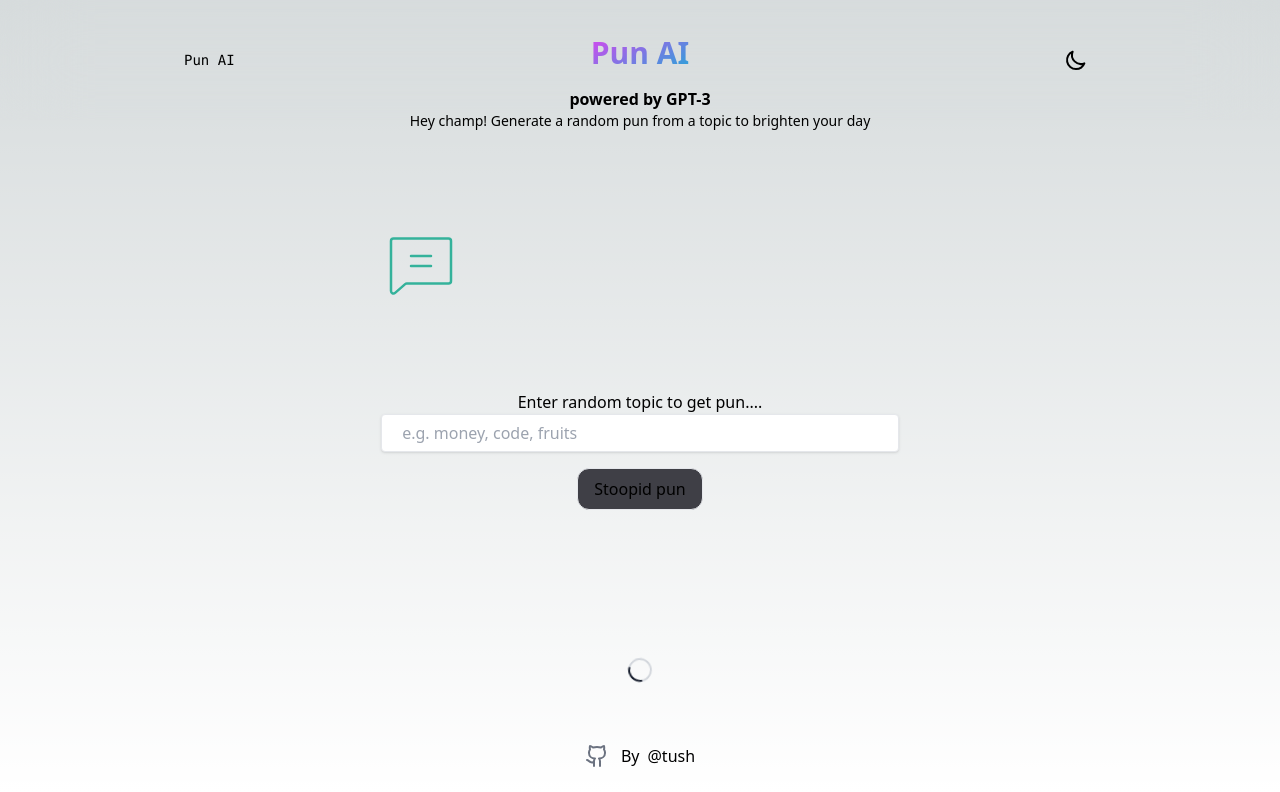
Repository: tushcmd/next-puns-ai
Page: /
The author's editor kept a copy of each file at every save. The page is drawn from the files as they stood at one save, then again after the next save.
The browser window is 1280 px wide. The pictures show the whole page.
The project was rebuilt for these pictures with package versions that can differ from the ones it lists, and the page was loaded fresh each time. The framework's server and built-in components were replaced by stand-ins that run in the browser. Also part of the build but not shown: next.config.mjs.

Above is the page before, as saved 2024-03-10 03:30:01.

### app/layout.tsx
import type { Metadata } from "next";
import { Inter } from "next/font/google";
import "./globals.css";
import { Providers } from './components/providers'

const inter = Inter({ subsets: ["latin"] });

export const metadata: Metadata = {
  title: "Create Next App",
  description: "Generated by create next app",
};

export default function RootLayout({
  children,
}: Readonly<{
  children: React.ReactNode;
}>) {
  return (
    <html lang="en">
      <body className={`bg-background text-color {inter.className} w-full overflow-y-visible overflow-x-hidden`}>
        <Providers>
          {children}
        </Providers>

      </body>
    </html>
  );
}

### app/page.tsx
import Footer from "./components/footer";
import Header from "./components/header";
import Hero from "./components/hero";



export default function Home() {

  return (
    <main className="flex min-h-screen flex-col items-center">
      <Header />
      <Hero />
      <Footer />
    </main>
  );
}



 {/* async function handleSubmit(e: FormEvent:<HTMLFormElement>) {
    return ;
  }    */}

{/*Nav*/}
{/*
      <div className="z-10 max-w-5xl w-full items-center justify-between font-mono text-sm lg:flex">
        <p className="fixed left-0 top-0 flex w-full justify-center border-b border-gray-300 bg-gradient-to-b from-zinc-200 py-2 backdrop-blur-2xl dark:border-neutral-800 dark:bg-zinc-800/30 dark:from-inherit lg:static lg:w-auto  lg:rounded-xl lg:border lg:bg-gray-200 lg:p-0 lg:dark:bg-zinc-800/30">
          Pun AI
        </p>

        <div className="fixed bottom-0 left-0 flex h-48 w-full items-end justify-center bg-gradient-to-t from-white via-white dark:from-black dark:via-black lg:static lg:h-auto lg:w-auto lg:bg-none">
          {/*<div>
            Dak
       </div>
          <a
            className="pointer-events-none flex place-items-center gap-2 p-8 lg:pointer-events-auto lg:p-0"
            href="https://tushdev.co/"
            target="_blank"
            rel="noopener noreferrer"
          >
            By{" "}
            <p>@tush</p>
          </a>
        </div>
      </div>

      <div className="relative flex flex-col place-items-center before:absolute before:h-[300px] before:w-full sm:before:w-[480px] before:-translate-x-1/2 before:rounded-full before:bg-gradient-radial before:from-white before:to-transparent before:blur-2xl before:content-[''] after:absolute after:-z-20 after:h-[180px] after:w-full sm:after:w-[240px] after:translate-x-1/3 after:bg-gradient-conic after:from-sky-200 after:via-blue-200 after:blur-2xl after:content-[''] before:dark:bg-gradient-to-br before:dark:from-transparent before:dark:to-blue-700 before:dark:opacity-10 after:dark:from-sky-900 after:dark:via-[#0141ff] after:dark:opacity-40 before:lg:h-[360px] z-[-1]">
        <p className="p-4 lg:pb-8 text-xl">
          Generate a random pun from a topic to brighten your day <br /> with Pun AI
        </p>
        <svg
          xmlns="http://www.w3.org/2000/svg"
          width="156"
          height="156"
          viewBox="0 0 24 24"
          fill="none"
          stroke="#FFFFFF"
          stroke-width="2"
          stroke-linecap="round"
          stroke-linejoin="round"
          className="lucide lucide-smile"><circle cx="12" cy="12" r="10" /><path d="M8 14s1.5 2 4 2 4-2 4-2" /><line x1="9" x2="9.01" y1="9" y2="9" /><line x1="15" x2="15.01" y1="9" y2="9"
          />
        </svg>
      </div>

      <form className="flex flex-col justify-between mb-32 text-center lg:max-w-3xl lg:w-full lg:mb-0 lg:grid-cols-4">
        <div className='w-full mb-4'>
          <label className="block items-center justify-center mb-4" htmlFor="prompt-input">
            Enter random topic to get pun...
          </label>
          <input
            className="shadow appearance-none border rounded w-full py-2 px-3 text-gray-700 leading-tight focus:outline-none focus:shadow-outline"
            id="prompt-input"
            type="text"
            placeholder="e.g. money, code, fruits">
          </input>
        </div>
        <button
          type="submit"
          className="bg-blue-500 hover:bg-blue-700 text-white font-bold py-2 px-4 rounded focus:outline-none focus:shadow-outline"
        >
          Generate Pun
        </button>
      </form> */}

### app/globals.css
@tailwind base;
@tailwind components;
@tailwind utilities;


@layer base {
  :root {
    --foreground-rgb: 0, 0, 0;
    --background-start-rgb: 214, 219, 220;
    --background-end-rgb: 255, 255, 255;
  }

  [data-theme="dark"] {
    --foreground-rgb: 255, 255, 255;
    --background-start-rgb: 0, 0, 0;
    --background-end-rgb: 0, 0, 0;
  }


}


* {
  scroll-behavior: smooth;
}


body {
  color: rgb(var(--foreground-rgb));
  background: linear-gradient(
      to bottom,
      transparent,
      rgb(var(--background-end-rgb))
    )
    rgb(var(--background-start-rgb));
}

@layer utilities {
  .text-balance {
    text-wrap: balance;
  }
}

### app/components/providers.tsx
// app/providers.jsx

'use client'

import { ThemeProvider } from 'next-themes'
import React from 'react'

interface ProvidersProps {
  children: React.ReactNode;
}

export function Providers({ children }: ProvidersProps) {
  return <ThemeProvider>{children}</ThemeProvider>
}

### app/components/footer.tsx
import Link from "next/link";


export default function Footer() {
    return (
        <div className="inline-flex p-6 max-w-3xl gap-3 items-center text-center">
            <div>
                <Link
                    href="https://github.com/tushcmd/next-puns-ai"
                    target="_blank"
                    rel="noreferrer"
                    className="text-gray-500 hover:text-gray-900 dark:text-gray-400 dark:hover:text-gray-200"
                >
                    <svg xmlns="http://www.w3.org/2000/svg" width="24" height="24" viewBox="0 0 24 24" fill="none" stroke="currentColor" stroke-width="2" stroke-linecap="round" stroke-linejoin="round" className="lucide lucide-github"><path d="M15 22v-4a4.8 4.8 0 0 0-1-3.5c3 0 6-2 6-5.5.08-1.25-.27-2.48-1-3.5.28-1.15.28-2.35 0-3.5 0 0-1 0-3 1.5-2.64-.5-5.36-.5-8 0C6 2 5 2 5 2c-.3 1.15-.3 2.35 0 3.5A5.403 5.403 0 0 0 4 9c0 3.5 3 5.5 6 5.5-.39.49-.68 1.05-.85 1.65-.17.6-.22 1.23-.15 1.85v4" /><path d="M9 18c-4.51 2-5-2-7-2" /></svg>
                </Link>
            </div>
            <Link
                className="pointer-events-none flex place-items-center gap-2 px-8 lg:pointer-events-auto lg:p-0"
                href="https://tushdev.co/"
                target="_blank"
                rel="noopener noreferrer"
            >
                By{" "}
                <p>@tush</p>
            </Link>

        </div>
    )
}

### app/components/header.tsx
import Link from "next/link";
import ThemeSwitchButton from "./ThemeSwitchButton";

export default function Header() {
    return (
        <header className="fixed flex justify-center items-center w-full t-0 md:pb-4 md:pt-4 backdrop-blur-2xl">
            <div className="flex flex-row items-center w-full p-6 md:max-w-5xl justify-between font-mono text-sm">
                <Link
                    className="px-2 md:px-8"
                    href='/'
                >
                    Pun AI
                </Link>

                <div className="px-2 md:px-8">
                    <ThemeSwitchButton />
                </div>
            </div>
        </header>


    );
}

### app/components/hero.tsx
'use client'

import { useState, FormEvent } from "react";
import Spinner from "./Spinner";

export default function Hero() {
    const [prompt, setPrompt] = useState(""); // Declare the prompt variable

    const [pun, setPun] = useState("");
    const [punLoading, setPunLoading] = useState(true);
    const [punLoadingError, setPunLoadingError] = useState(false);

    async function handleSubmit(e: FormEvent<HTMLFormElement>) {
        e.preventDefault();
        const formData = new FormData(e.target as HTMLFormElement);
        const prompt = formData.get("prompt")?.toString().trim();

        if (prompt) {
            try {
                setPun("");
                setPunLoadingError(false);
                setPunLoading(true);

                const response = await fetch(
                    "/api/pun?prompt`=" + encodeURIComponent(prompt)
                );

                const body = await response.json();
                setPun(pun);
            } catch (error) {
                console.error(error);
                setPunLoadingError(true);
            } finally {
                setPunLoading(false);
            }
        }
    }

    return (
        <div className="flex flex-col relative justify-center items-center h-screen md:py-10 py-6 overflow-wrap max-w-3xl px-5">
            <p className="text-3xl font-bold pb-4 bg-gradient-to-br from-fuchsia-500 to-cyan-500 bg-clip-text text-transparent">
                Pun AI
            </p>
            <p className="text-base font-bold">powered by GPT-3</p>
            <div className="text-sm">
                Hey champ! Generate a random pun from a topic to brighten your day
            </div>
            <div className="mx-[2rem] relative w-full flex items-center aspect-[10/5]">
                <svg
                    xmlns="http://www.w3.org/2000/svg"
                    width="80"
                    height="80"
                    fill="#34b29b"
                    viewBox="0 0 256 256"
                >
                    <path d="M216,52H40A12,12,0,0,0,28,64V224a11.89,11.89,0,0,0,6.93,10.88A12.17,12.17,0,0,0,40,236a11.89,11.89,0,0,0,7.69-2.83l.06-.06,32.14-28.17A4,4,0,0,1,82.5,204H216a12,12,0,0,0,12-12V64A12,12,0,0,0,216,52Zm4,140a4,4,0,0,1-4,4H82.5a12.1,12.1,0,0,0-7.79,2.87l-32.16,28.2A4,4,0,0,1,36,224V64a4,4,0,0,1,4-4H216a4,4,0,0,1,4,4Zm-56-80a4,4,0,0,1-4,4H96a4,4,0,0,1,0-8h64A4,4,0,0,1,164,112Zm0,32a4,4,0,0,1-4,4H96a4,4,0,0,1,0-8h64A4,4,0,0,1,164,144Z"></path>
                </svg>
            </div>
            <form onSubmit={handleSubmit} className="flex flex-col mb-32 text-center items-center">
                <div className="mb-4">
                    <label className="pb-8">Enter random topic to get pun....</label>
                    <input
                        value={prompt}
                        onChange={(e) => setPrompt(e.target.value)} // Update the prompt value
                        className="shadow appearance-none border rounded w-full py-2 px-5 bg-white text-black dark:text-white leading-tight focus:outline-none focus:shadow-outline"
                        id="prompt-input"
                        type="text"
                        placeholder="e.g. money, code, fruits"
                    ></input>
                </div>
                <button
                    type="submit"
                    className="mb-3 border static rounded-xl bg-zinc-700 py-2 px-4 hover:bg-zinc-400 dark:bg-white"
                    disabled={punLoading}
                >
                    Stoopid pun
                </button>
            </form>

            {punLoading && <Spinner />}
            {punLoadingError && "Something went wrong. Please try again."}
            {pun && <h5>{pun}</h5>}
        </div>
    );
}

### app/components/ThemeSwitchButton.tsx
'use client'

import { useEffect, useState } from 'react';
import { useTheme } from 'next-themes';

export default function ThemeSwitchButton() {
    const [mounted, setMounted] = useState(false);
    const { resolvedTheme, setTheme } = useTheme();
    // After mounting, we have access to the theme
    useEffect(() => setMounted(true), []);

    return (

        <button
            aria-label="Toggle Dark Mode"
            type="button"
            className="w-10 h-10 flex items-center justify-center hover:bg-neutral-200 hover:dark:bg-neutral-600 rounded-full transition-all"
            onClick={() =>
                setTheme(resolvedTheme === "dark" ? "light" : "dark")
            }
        >
            {mounted && (
                <svg xmlns="http://www.w3.org/2000/svg"
                    fill="none"
                    viewBox="0 0 24 24"
                    strokeWidth="1.5"
                    stroke="currentColor"
                    className="w-6 h-6 switch">

                    {resolvedTheme === "dark" ? (
                        <path
                            strokeLinecap="round"
                            strokeLinejoin="round"
                            strokeWidth={2}
                            d="M12 3v1m0 16v1m9-9h-1M4 12H3m15.364 6.364l-.707-.707M6.343 6.343l-.707-.707m12.728 0l-.707.707M6.343 17.657l-.707.707M16 12a4 4 0 11-8 0 4 4 0 018 0z"
                        />

                    ) : (
                        <path
                            strokeLinecap="round"
                            strokeLinejoin="round"
                            strokeWidth={2}
                            d="M20.354 15.354A9 9 0 018.646 3.646 9.003 9.003 0 0012 21a9.003 9.003 0 008.354-5.646z"
                        />

                    )}
                </svg>
            )
            }
        </button >

    )
}

### app/components/Spinner.tsx
export default function Spinner() {
    return (
        <div className="grid min-h-[35px] w-full place-items-center overflow-x-scroll rounded-lg p-2 lg:overflow-visible">
            <svg className="text-gray-300 animate-spin" viewBox="0 0 64 64" fill="none" xmlns="http://www.w3.org/2000/svg"
                width="24" height="24">
                <path
                    d="M32 3C35.8083 3 39.5794 3.75011 43.0978 5.20749C46.6163 6.66488 49.8132 8.80101 52.5061 11.4939C55.199 14.1868 57.3351 17.3837 58.7925 20.9022C60.2499 24.4206 61 28.1917 61 32C61 35.8083 60.2499 39.5794 58.7925 43.0978C57.3351 46.6163 55.199 49.8132 52.5061 52.5061C49.8132 55.199 46.6163 57.3351 43.0978 58.7925C39.5794 60.2499 35.8083 61 32 61C28.1917 61 24.4206 60.2499 20.9022 58.7925C17.3837 57.3351 14.1868 55.199 11.4939 52.5061C8.801 49.8132 6.66487 46.6163 5.20749 43.0978C3.7501 39.5794 3 35.8083 3 32C3 28.1917 3.75011 24.4206 5.2075 20.9022C6.66489 17.3837 8.80101 14.1868 11.4939 11.4939C14.1868 8.80099 17.3838 6.66487 20.9022 5.20749C24.4206 3.7501 28.1917 3 32 3L32 3Z"
                    stroke="currentColor" stroke-width="5" stroke-linecap="round" stroke-linejoin="round"></path>
                <path
                    d="M32 3C36.5778 3 41.0906 4.08374 45.1692 6.16256C49.2477 8.24138 52.7762 11.2562 55.466 14.9605C58.1558 18.6647 59.9304 22.9531 60.6448 27.4748C61.3591 31.9965 60.9928 36.6232 59.5759 40.9762"
                    stroke="currentColor" stroke-width="5" stroke-linecap="round" stroke-linejoin="round" className="text-gray-900">
                </path>
            </svg>
        </div>
    )
}

### tailwind.config.ts
import type { Config } from "tailwindcss";

const config: Config = {
  darkMode: "class",
  content: [
    "./pages/**/*.{js,ts,jsx,tsx,mdx}",
    "./components/**/*.{js,ts,jsx,tsx,mdx}",
    "./app/**/*.{js,ts,jsx,tsx,mdx}",
  ],
  theme: {
    extend: {
      backgroundImage: {
        "gradient-radial": "radial-gradient(var(--tw-gradient-stops))",
        "gradient-conic":
          "conic-gradient(from 180deg at 50% 50%, var(--tw-gradient-stops))",
      },

      screens: {
        sm: '480px',
        md: '768px',
        lg: '976px',
        xl: '1440px',
      },
    },
  },
  plugins: [],
};
export default config;

After the next save:
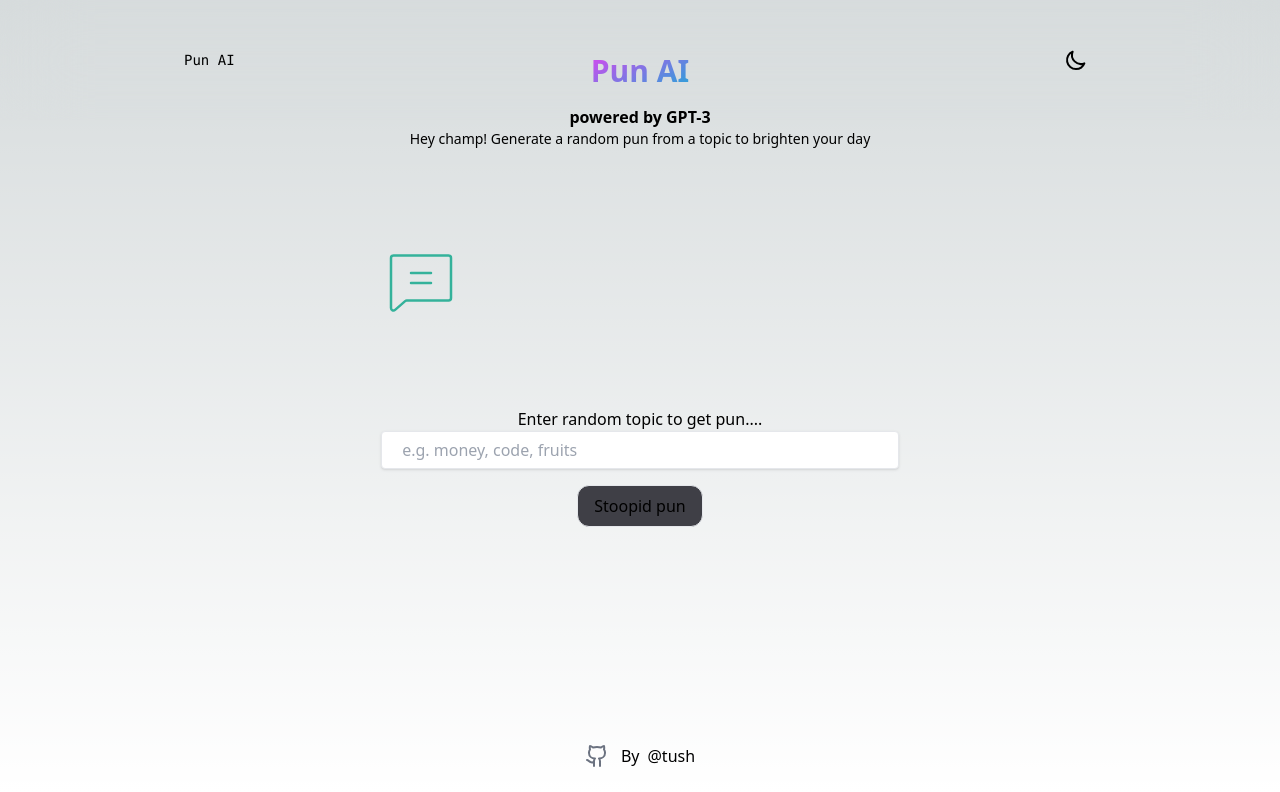
Saved 4 min 11 s later.
--- a/app/components/hero.tsx
+++ b/app/components/hero.tsx
@@ -7,7 +7,7 @@
     const [prompt, setPrompt] = useState(""); // Declare the prompt variable
 
     const [pun, setPun] = useState("");
-    const [punLoading, setPunLoading] = useState(true);
+    const [punLoading, setPunLoading] = useState(false);
     const [punLoadingError, setPunLoadingError] = useState(false);
 
     async function handleSubmit(e: FormEvent<HTMLFormElement>) {
